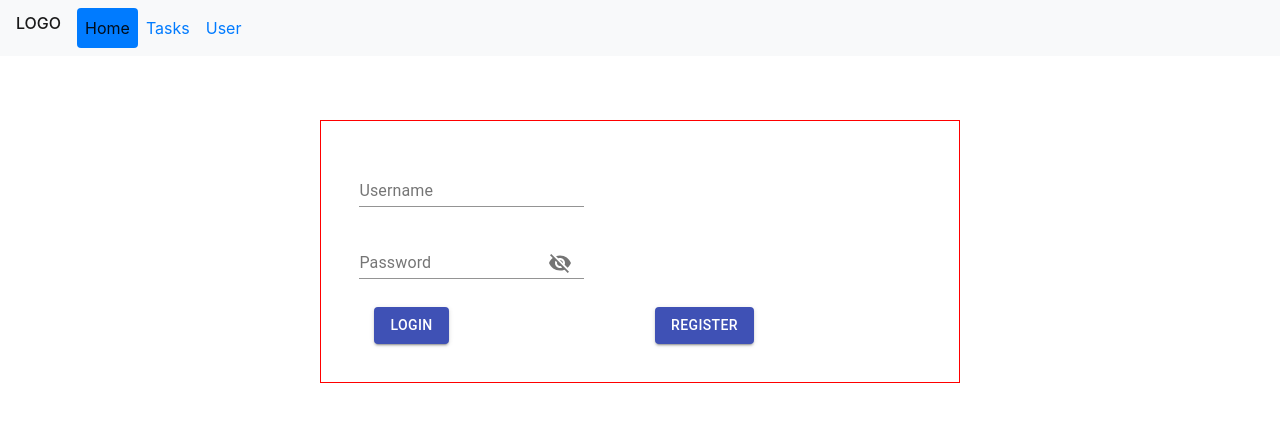
Repository: lalji-yadav/Nimapinfotech-demo-project
Page: /login
An editor plug-in stored every save of this project. The page is shown before and after the next save, followed by the edit.
The browser window is 1280 px wide. The pictures show the whole page.
The project was rebuilt for these pictures with package versions that can differ from the ones it lists, and the page was loaded fresh each time. Also part of the build but not shown: src/components/Home.js, src/components/Tasks.js, src/components/Users.js.

Above is the page before, as saved 2021-01-18 11:57:17.

After the next save:
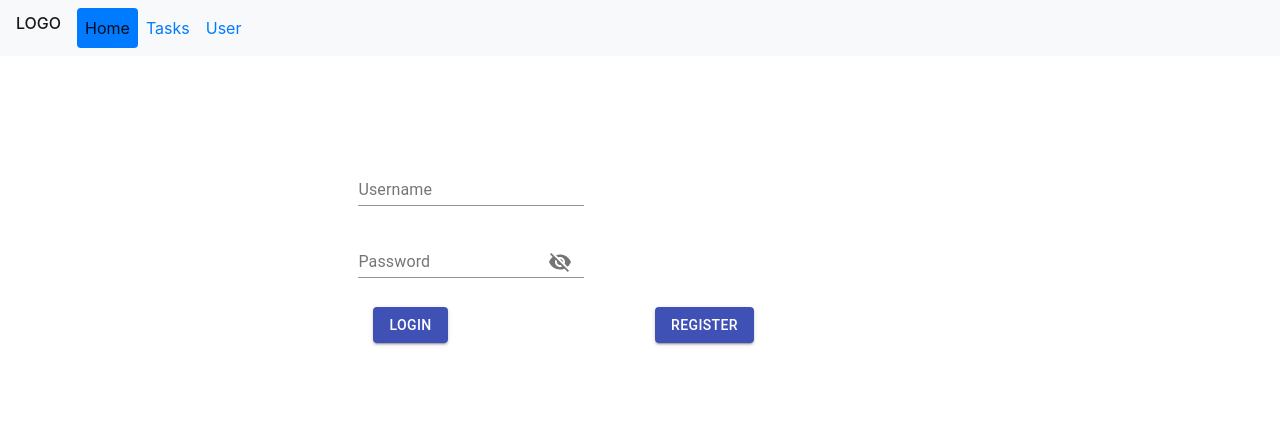
Saved 20 s later.
--- a/src/components/Login.js
+++ b/src/components/Login.js
@@ -70,7 +70,7 @@ const validate = values => {
 
   return (
     <div>
-      <div style={{width:"50%", border:"1px solid red", margin:"5% 25% 0% 25%", padding:"3%"}}>
+      <div style={{width:"50%", margin:"5% 25% 0% 25%", padding:"3%"}}>
 
          <TextField id="username"
            // onChange={handleChange('username')}
